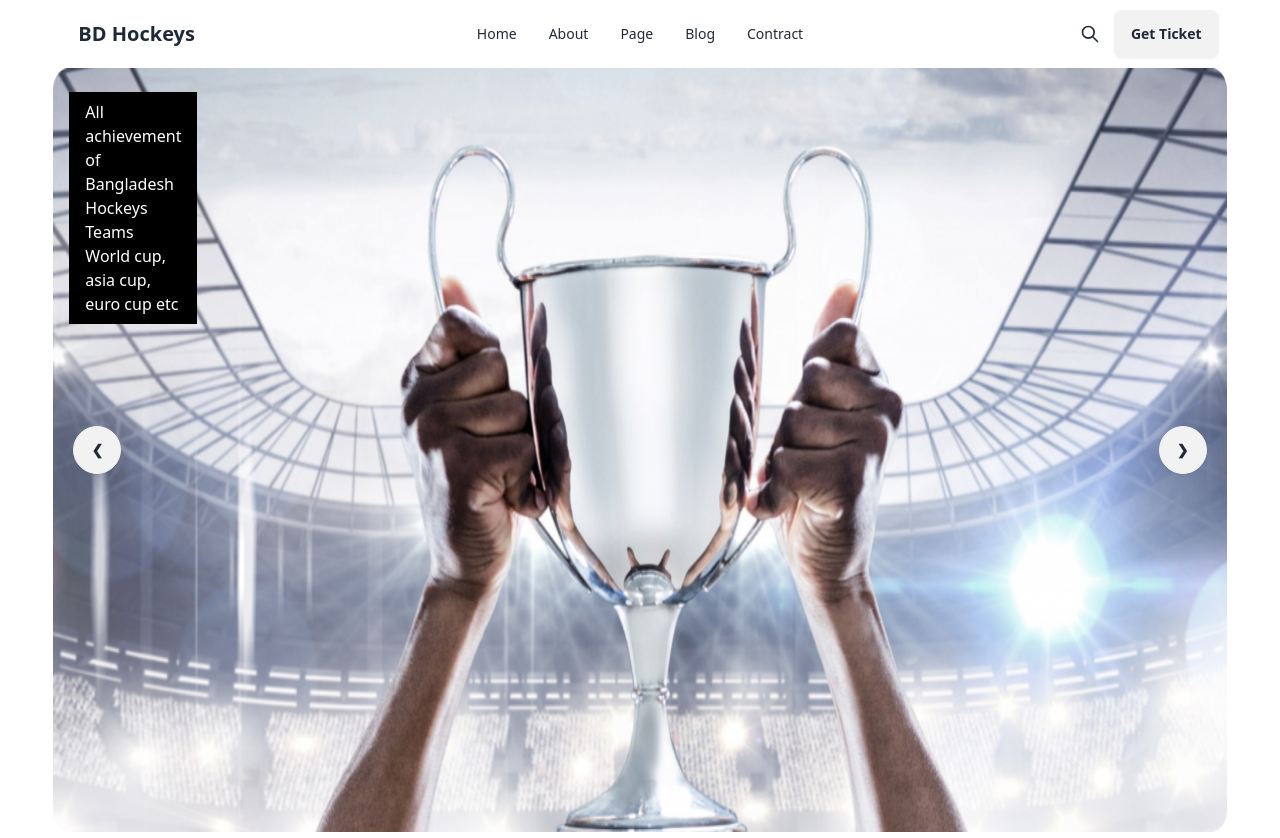
Repository: sumonkumarsarkar/bd-hockeys-team
Page: index.html
The author's editor kept a copy of each file at every save. The page is drawn from the files as they stood at one save, then again after the next save.
The browser window is 1280 px wide. The pictures show the whole page.
Some web libraries are served in a nearby version.

Above is the page before, as saved 2024-01-23 11:33:07.

After the next save:
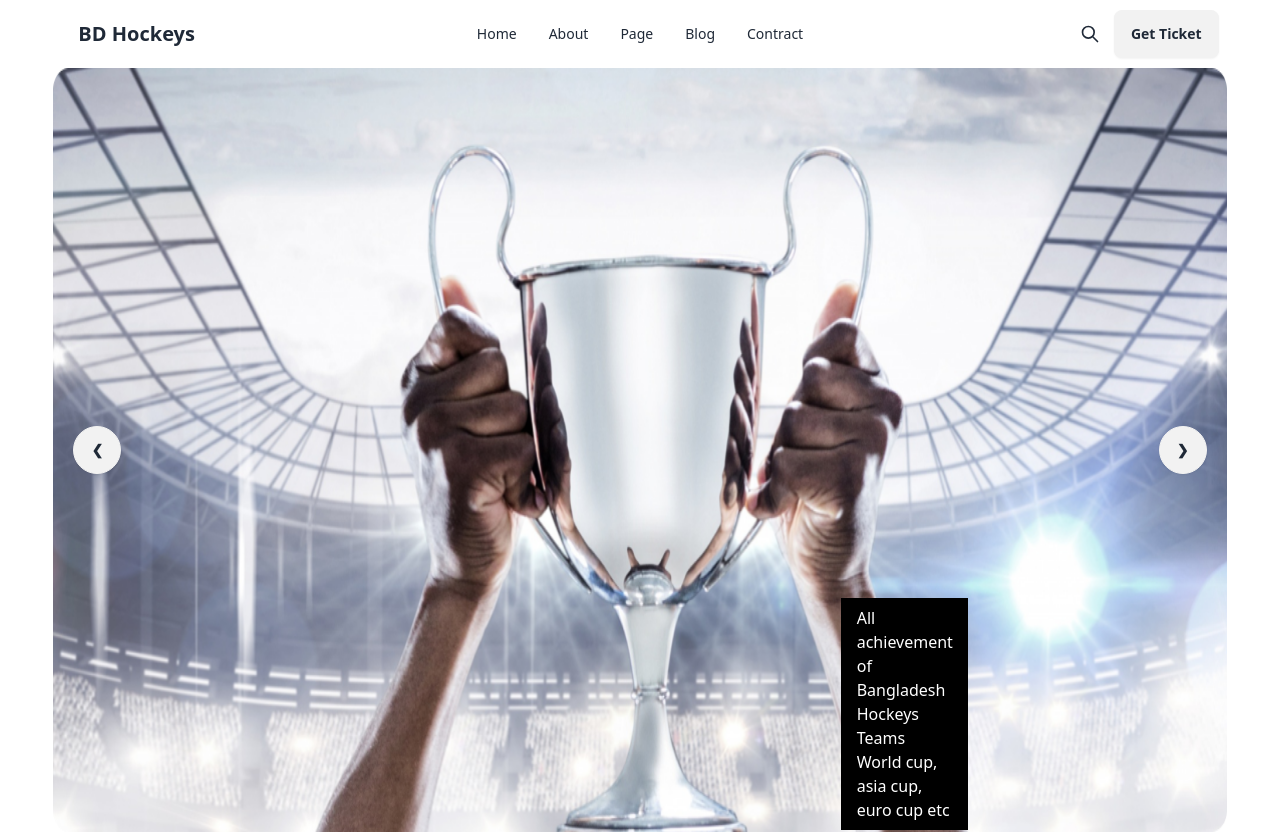
Saved 47 s later.
--- a/index.html
+++ b/index.html
@@ -84,7 +84,7 @@
             </div>
           </div>
     </div>
-    <div class="absolute top-6 left-4">
+    <div class="absolute bottom-2 right-1">
         <div class="px-4 py-2 bg-black text-white w-1/3">
             <h2>All achievement of Bangladesh Hockeys Teams</h2>
              <p>World cup, asia cup, euro cup etc</p>
